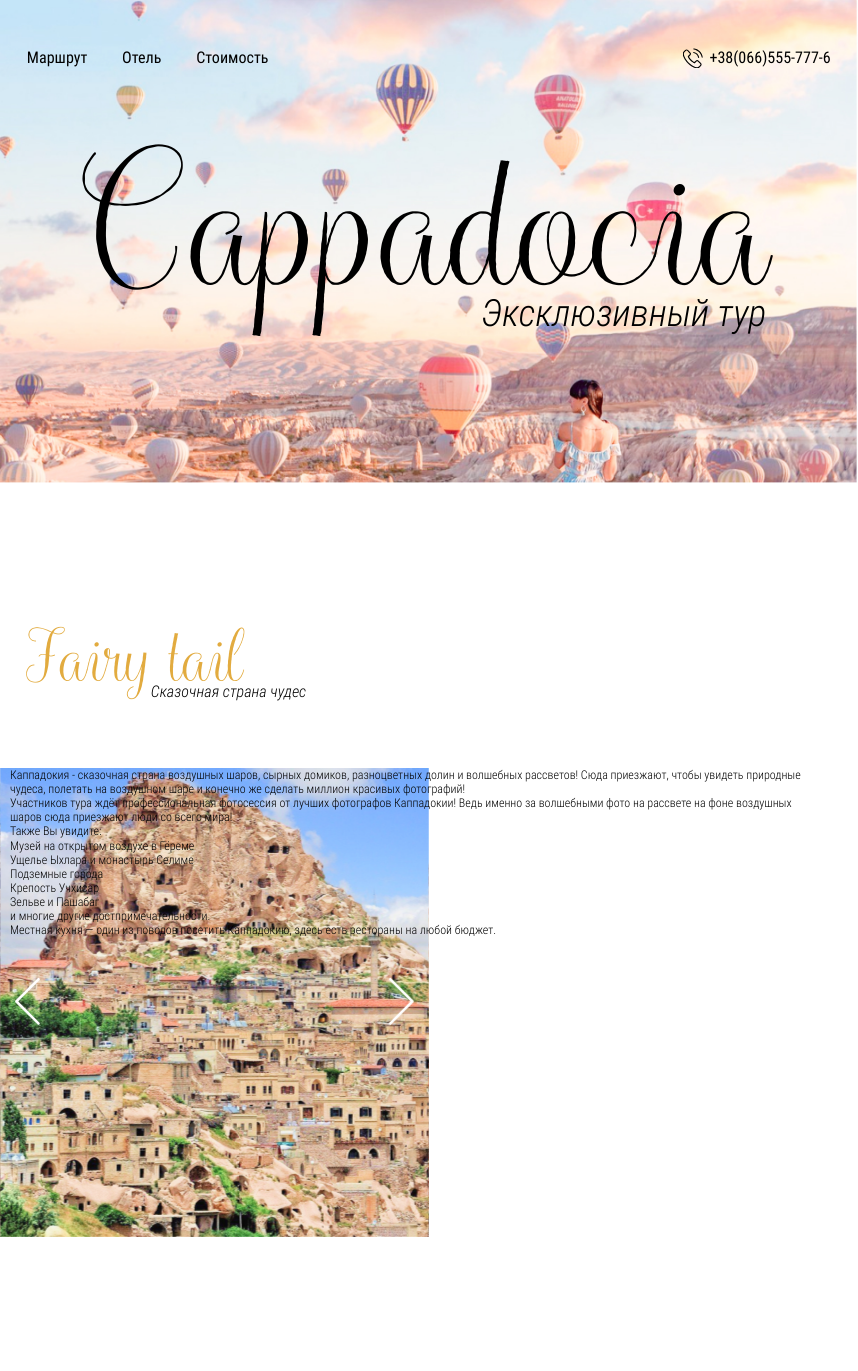
Repository: Lareeman/cappadocia
Page: index.html
An editor plug-in stored every save of this project. The page is shown before and after a run of saves, followed by the edit.
The browser window is 1280 px wide. The pictures show the whole page, at 67% of full size.

Above is the page before, as saved 2024-01-27 13:57:25.

After the next 9 saves:
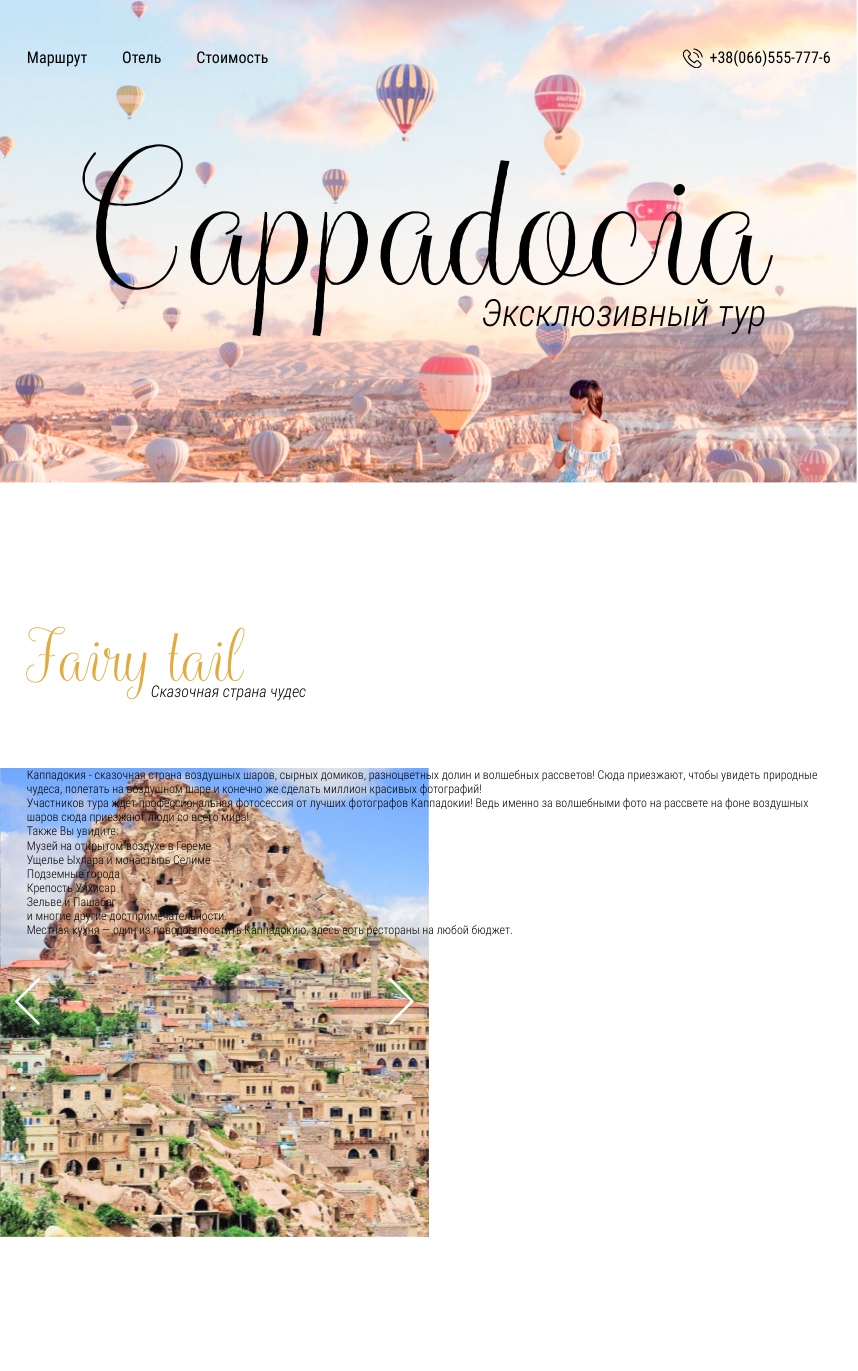
The 9 saves are shown as one change because they came seconds apart.
The last was saved 18 s later.
--- a/css/style.css
+++ b/css/style.css
@@ -181,6 +181,9 @@ body {
   margin: 0 auto;
   position: absolute;
   top: 0;
+  left: 0;
+  right: 0;
+  bottom: 0;
 }
 
 .fairy__slider {
